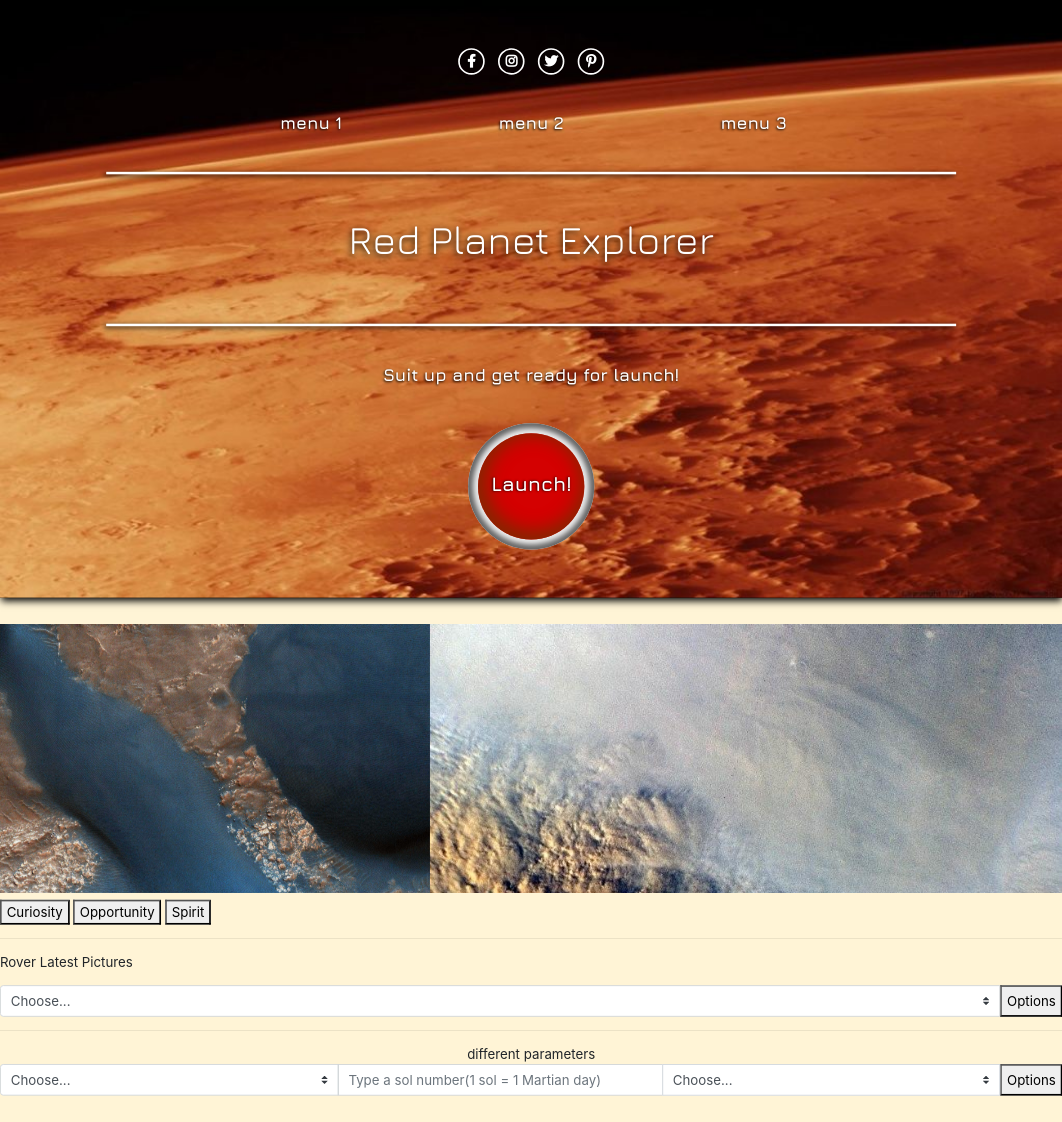
Repository: romqrq/Red-Planet-Explorer
Page: index.html
The author's editor kept a record of every edit. The page is drawn from the files as they stood at one moment, then again after the next edit.
The browser window is 1280 px wide. The pictures show the whole page, at 83% of full size.
The page's requests for data from a server got no answer. Some web fonts or font styles are not loaded; a fallback is used. Some web libraries are served in a nearby version.

Above is the page before.

### index.html
<!DOCTYPE html>
<html lang="en">

<head>
    <meta charset="UTF-8">
    <meta name="viewport" content="width=device-width, initial-scale=1.0">
    <meta http-equiv="X-UA-Compatible" content="ie=edge">
    <title>Red Weather</title>
    <link rel="stylesheet" href="https://cdnjs.cloudflare.com/ajax/libs/font-awesome/5.10.2/css/all.min.css" type="text/css" />
    <link rel="stylesheet" href="https://stackpath.bootstrapcdn.com/bootstrap/4.3.1/css/bootstrap.min.css" crossorigin="anonymous">
    <link rel="stylesheet" href="https://cdnjs.cloudflare.com/ajax/libs/hover.css/2.3.1/css/hover-min.css" type="text/css" />
    <link rel="stylesheet" href="assets/css/style.css" type="text/css" />


    <script src="https://code.jquery.com/jquery-3.4.1.js" crossorigin="anonymous"></script>
    <script type="text/javascript" src="assets/js/jquery.js"></script>
    <script type="text/javascript" src="assets/js/main.js"></script>
    <!--<script type="text/javascript" src="assets/js/main2.js"></script>-->
    <!--<script type="text/javascript" src="assets/js/main3.js"></script>-->

</head>

<body onload=writeWeatherToDocument()>
    <header>
        <div class="container-fluid main-screen-container">
            <!--<img class="header-bg" src="assets/images/mars-athmosphere.jpg"></img>-->
            <div class="row social-row">
                <div class="col-12 social-col">
                    <i class="fab fa-facebook-f round-border text-shadow"></i>
                    <i class="fab fa-instagram round-border"></i>
                    <i class="fab fa-twitter round-border"></i>
                    <i class="fab fa-pinterest-p round-border"></i>
                </div>
            </div>
            <div class="row" role="navigation">
                <a class="col-4 text-right main-text-light text-shadow" href="#">menu 1</a>
                <a class="col-4 text-center main-text-light text-shadow" href="#">menu 2</a>
                <a class="col-4 text-left main-text-light text-shadow" href="#">menu 3</a>
            </div>
            <hr class="hr-divider">
            <div class="row">
                <div class="col-12 text-center">
                    <p class="main-title title-shadow">Red Planet Explorer</p>
                </div>
            </div>
            <hr class="hr-divider">
            <div class="row">
                <div class="col-12">
                    <p class="main-text-light text-center text-shadow">Suit up and get ready for launch!</p>
                </div>
            </div>
            <div class="launch-button-div">
                <div class="launch-button-border">
                    <button class="btn launch-button text-shadow" id="launch-button">Launch!</button>
                </div>
            </div>
        </div>
    </header>
    <section>
        <div class="container-fluid weather-container">
            <div id="weatherCarousel" class="carousel slide" data-ride="carousel">
                <div class="carousel-inner">
                    <div class="carousel-item carousel-img active">
                        <img src="assets/images/carousel/curiosity_sunset.jpg" class="d-block w-100" alt="...">
                    </div>
                    <div class="carousel-item carousel-img active">
                        <img src="assets/images/carousel/dune_field.jpg" class="d-block w-100" alt="...">
                    </div>
                    <div class="carousel-item carousel-img active">
                        <img src="assets/images/carousel/sand_storm.jpg" class="d-block w-100" alt="...">
                    </div>
                    <div class="carousel-item active">
                        <img src="assets/images/carousel/dunes.jpg" class="d-block carousel-img" alt="...">
                    </div>
                </div>
            </div>
            <div id="dataWeather"></div>
        </div>

    </section>
    <p>Rovers Manifest</p>
    <button onclick="writeManifestToDocument('curiosity')">Curiosity</button>
    <button onclick="writeManifestToDocument('opportunity')">Opportunity</button>
    <button onclick="writeManifestToDocument('spirit')">Spirit</button>
    <div id="dataManifest"></div>
    <hr>
    <p>Rover Latest Pictures</p>
    <div class="input-group mb-3">
        <select class="custom-select" id="inputLatestRoverPhoto">
            <option selected>Choose...</option>
            <option value="curiosity">Curiosity</option>
            <option value="spirit">Spirit</option>
            <option value="opportunity">Opportunity</option>
        </select>
        <button onclick="writeLatestToDocument()">Options</button>
    </div>
    <hr>
    <div class=text-center>different parameters</div>
    <div class="input-group mb-3">
        <div class="input-group mb-3">
            <select class="custom-select" id="inputRoverName">
            <option selected>Choose...</option>
            <option value="curiosity">Curiosity</option>
            <option value="spirit">Spirit</option>
            <option value="opportunity">Opportunity</option>
        </select>
            <input type="text" class="form-control" id="solTextInput" placeholder="Type a sol number(1 sol = 1 Martian day)">
            <!--    <select class="custom-select" id="inputSolNumber">-->
            <!--  <option selected>Choose...</option>-->
            <!--  <option value="500">500</option>-->
            <!--  <option value="1000">1000</option>-->
            <!--  <option value="1500">1500</option>-->
            <!--</select>-->
            <select class="custom-select" id="inputCamName">
          <option selected>Choose...</option>
          <option value="fhaz">FHAZ</option>
          <option value="rhaz">RHAZ</option>
          <option value="mast">Mast</option>
        </select>
            <button onclick="writeParamsToDocument()">Options</button>
        </div>


        <div id="data"></div>
        <div id="data2"></div>
        <footer>

        </footer>
        <script src="https://code.jquery.com/jquery-3.3.1.slim.min.js" integrity="sha384-q8i/X+965DzO0rT7abK41JStQIAqVgRVzpbzo5smXKp4YfRvH+8abtTE1Pi6jizo" crossorigin="anonymous"></script>
        <script src="https://cdnjs.cloudflare.com/ajax/libs/popper.js/1.14.7/umd/popper.min.js" integrity="sha384-UO2eT0CpHqdSJQ6hJty5KVphtPhzWj9WO1clHTMGa3JDZwrnQq4sF86dIHNDz0W1" crossorigin="anonymous"></script>
        <script src="https://stackpath.bootstrapcdn.com/bootstrap/4.3.1/js/bootstrap.min.js" integrity="sha384-JjSmVgyd0p3pXB1rRibZUAYoIIy6OrQ6VrjIEaFf/nJGzIxFDsf4x0xIM+B07jRM" crossorigin="anonymous"></script>

</body>

</html>

### assets/css/style.css
/*General*/

@import url('https://fonts.googleapis.com/css?family=Revalia|Roboto:400,500|Jura:300,400,500,700&display=swap');


body {
    background-color: #ffd86845;
}

a {
    text-decoration: none;
    color: inherit;

}

/* Header */

.title-shadow {
    text-shadow: -1px 3px 8px #000000;
}

.text-shadow {
    text-shadow: -1px 1px 3px #000000;
}

.no-side-padding {
    padding-left: 0;
    padding-right: 0;
}

.main-screen-container {
    height: 100vh;
    max-width: 100vw;
    padding: 1rem;
    background-image: url("../images/mars-athmosphere.jpg");
    background-position: center;
    background-repeat: no-repeat;
    background-size: cover;
    background-color: black;
    display: flex;
    flex-direction: column;
    justify-content: space-evenly;
    box-shadow: 1px 4px 9px 0px black;
}

.social-row {
    padding: 1rem;
}

.social-col {
    flex-direction: row;
    display: flex;
    justify-content: center;
}

.round-border {
    border-radius: 50%;
    height: 2rem;
    border: 2px solid white;
    width: 2rem;
    justify-content: center;
    display: flex;
    line-height: 1.8rem;
    color: white;
    margin: 0 0.5rem;
    font-weight: 900;
}

.main-text-light {
    color: white;
    font-family: "Jura", "Revalia";
    font-weight: 600;
    font-size: 1.3rem;
}

.main-title {
    font-family: "Revalia", "Jura";
    font-size: 3rem;
    color: white;
    padding: 0 0 0.5rem;
}

.hr-divider {
    border-top: 3px solid rgb(255, 255, 255);
    width: 80vw;
    box-shadow: -2px 2px 6px 0px black;
}

.launch-button-div {
    margin-bottom: 1rem;
}

.launch-button-border {
    height: 9.5rem;
    width: 9.5rem;
    background-color: #eaeaea;
    padding: 0.75rem;
    border-radius: 50%;
    box-shadow: inset 0px 0px 6px 6px #676767;
    margin: auto;
}

.launch-button {
    background-color: #d40101;
    color: white;
    border: 0px solid white;
    font-size: 1.5rem;
    font-family: "Jura", "Revalia";
    font-weight: 700;
    /*text-shadow: 0px 0px 5px #ffffffcf;*/
    padding: 0.5rem 1rem 1rem;
    height: 8rem;
    width: 8rem;
    border-radius: 50%;
    box-shadow: inset 3px -4px 20px 7px #842600;
}

.launch-button-animation {
    animation-name: launchButtonAnimation;
    animation-duration: 2s;
    animation-delay: .3s;
    animation-timing-function: linear;
    animation-iteration-count: infinite;
    animation-direction: alternate;
}

.shake-animation {
    animation-name: shake;
    animation-duration: 2s;
    animation-delay: .3s;
    animation-timing-function: linear;
    animation-direction: alternate;
}

.btn.launch-button:hover {
    color: white;
}

.btn.launch-button:focus {
    box-shadow: inset 0 0 3px 1px black;
}

.pressed-button {
    background-color: #d40101!important;
    box-shadow: inset 3px -4px 20px 7px #842600!important;
}


/* Weather */

.weather-container {
    padding: 2rem 0;
    height: 45vh;
    max-width: 100vw;
}


.carousel-img {
    height: 45vh;
}






/* Launch button bg change */

@keyframes launchButtonAnimation {
    from {
        background-color: #bf0000;
    }
    to {
        background-color: #fa1800;
    }
}

@keyframes shake {
    0% {
        transform: translate(1px, 1px) rotate(0deg);
    }

    5% {
        transform: translate(-1px, -2px) rotate(-0.1deg);
    }

    10% {
        transform: translate(-3px, 0px) rotate(0.1deg);
    }

    15% {
        transform: translate(3px, 2px) rotate(0deg);
    }

    20% {
        transform: translate(1px, -1px) rotate(0.1deg);
    }

    25% {
        transform: translate(-1px, 2px) rotate(-0.1deg);
    }

    30% {
        transform: translate(-3px, 1px) rotate(0deg);
    }

    35% {
        transform: translate(3px, 1px) rotate(-0.1deg);
    }

    40% {
        transform: translate(-1px, -1px) rotate(0.1deg);
    }

    45% {
        transform: translate(1px, 2px) rotate(0deg);
    }

    50% {
        transform: translate(1px, -2px) rotate(-0.1deg);
    }

    55% {
        transform: translate(1px, 1px) rotate(0deg);
    }

    60% {
        transform: translate(-1px, -2px) rotate(-0.1deg);
    }

    65% {
        transform: translate(-3px, 0px) rotate(0.1deg);
    }

    70% {
        transform: translate(3px, 2px) rotate(0deg);
    }

    75% {
        transform: translate(1px, -1px) rotate(0.1deg);
    }

    80% {
        transform: translate(-1px, 2px) rotate(-0.1deg);
    }

    85% {
        transform: translate(-3px, 1px) rotate(0deg);
    }

    90% {
        transform: translate(3px, 1px) rotate(-0.1deg);
    }

    95% {
        transform: translate(-1px, -1px) rotate(0.1deg);
    }

    100% {
        transform: translate(1px, 2px) rotate(0deg);
    }
}

### assets/js/jquery.js
$(document).ready(function() {
    $("#launch-button").click(function() {
        $("header").addClass("shake-animation");
        $("#launch-button").removeClass("launch-button-animation");
        setTimeout(scrolldown, 2000);
    });

    function scrolldown() {
        var elTarget = document.getElementById("weather-carousel");
        elTarget.scrollIntoView();
    }
});

### assets/js/main.js
var roverName = "curiosity";
// var solNumber = ""; //"&sol=1000";
// var camName = "&camera=FHAZ";
// var pageNumber = ""; //"&page=1"
// var earthDate = "earth_date=2015-6-3"


//WORKS xhr.open("GET", "https://api.nasa.gov/insight_weather/?api_key=unJZiQapXhyZamSl37P8FEh7Zlssi7xmaIF4l95b&feedtype=json&ver=1.0");
//WORKS xhr.open("GET", "https://api.nasa.gov/mars-photos/api/v1/rovers/curiosity/latest_photos?api_key=unJZiQapXhyZamSl37P8FEh7Zlssi7xmaIF4l95b&feedtype=json&ver=1.0");
//WORKS xhr.open("GET", "https://api.nasa.gov/mars-photos/api/v1/manifests/curiosity?api_key=unJZiQapXhyZamSl37P8FEh7Zlssi7xmaIF4l95b&feedtype=json&ver=1.0");



var roverName = ""; //"curiosity";
var solNumber = ""; //"&sol=1000";
var camName = ""; //"&camera=FHAZ";
var pageNumber = ""; //"&page=1"
var earthDate = ""; //"earth_date=2015-6-3"

function getWeatherData(cbweather) {

    var xhr = new XMLHttpRequest();

    xhr.onreadystatechange = function() {
        if (this.readyState == 4 && this.status == 200) {
            cbweather(JSON.parse(this.responseText));
        }
    };
    xhr.open("GET", "https://mars.nasa.gov/rss/api/?feed=weather&category=insight&feedtype=json&ver=1.0");
    xhr.send();
}

function writeWeatherToDocument() {
    var el = document.getElementById("dataWeather");
    el.innerHTML = "";

    getWeatherData(function(data) {
        var JSO = data;
        //data/validity_checks/
        var vc = data.validity_checks;
        //setting last sol number
        var sol = vc.sols_checked[vc.sols_checked.length - 1];
        //setting SECOND LAST sol number
        var SLsol = vc.sols_checked[vc.sols_checked.length - 2];
        //data/validity_checks/"last sun number"/AT/valid:"true or false"
        var vcsATvalid = vc[sol].AT.valid;
        //data/validity_checks/"SECOND LAST sun number"/AT/valid:"true or false"
        var vcSLsATvalid = vc[SLsol].AT.valid;

        //stting up data for display
        if (vcsATvalid) {
            var DLVS = JSO[sol];
            var AT = JSO[sol].AT;
            var PRE = JSO[sol].PRE;
            var HWS = JSO[sol].HWS;
            var WD = JSO[sol].WD.most_common.compass_point
        }
        else if (vcSLsATvalid) {
            var DLVS = JSO[SLsol];
            var AT = JSO[SLsol].AT;
            var PRE = JSO[SLsol].PRE;
            var HWS = JSO[SLsol].HWS;
            var WD = JSO[SLsol].WD.most_common.compass_point;
        }

        el.innerHTML += `
        <div class="weather-data-display">
            <div class="row AT-data">
                <div class="col-6 weather-label">
                    <p>Temperature (ºC):</p>
                </div>
                <div class="col-2 weather-main-number>
                    <p>Avg: ${Math.round(AT.av)}</p>
                </div>
                <div class="col-4 weather-secondary-numbers>
                    <div class ="weather-sn-1">
                        <p>Max: ${Math.round(AT.mx)}</p>
                    </div>
                    <div class ="weather-sn-2">
                        <p>Min: ${Math.round(AT.mn)}</p>
                    </div>
                </div>
            </div>
            <div class="row PRE-data">
                <div class="col-6 weather-label">
                    <p>ATM Pressure (Pa):</p>
                </div>
                <div class="col-2 weather-main-number>
                    <p>Avg:${Math.round(PRE.av)}</p>
                </div>
                <div class="col-4 weather-secondary-numbers>
                    <div class ="weather-sn-1">
                        <p>Max: ${Math.round(PRE.mx)}</p>
                    </div>
                    <div class ="weather-sn-2">
                        <p>Min: ${Math.round(PRE.mn)}</p>
                    </div>
                </div>
            </div>
            <div class="row HWS-data">
                <div class="col-6 weather-label">
                    <p>Wind (ºm/s):</p>
                </div>
                <div class="col-2 weather-main-number>
                    <p>Avg: ${Math.round(HWS.av)}</p>
                </div>
                <div class="col-2 weather-secondary-numbers>
                    <div class ="weather-sn-1">
                        <p>${Math.round(HWS.mn)}</p>
                    </div>
                    <div class ="weather-sn-2">
                        <p>${Math.round(HWS.mx)}</p>
                    </div>
                </div>
                <div class="col-2 weather-main-number>
                    <p>${WD}</p>
                </div>
            </div>
        </div>`;
    });
}


function getManifest(roverNameManifest, cbManifest) {
    console.log(roverNameManifest);

    var xhr = new XMLHttpRequest();

    xhr.onreadystatechange = function() {
        if (this.readyState == 4 && this.status == 200) {
            // document.getElementById("data").innerHTML = JSON.parse(this.responseText);
            console.log(JSON.parse(this.responseText));
            cbManifest(JSON.parse(this.responseText));
        }
    };
    xhr.open("GET", "https://api.nasa.gov/mars-photos/api/v1/manifests/" + roverNameManifest + "?api_key=unJZiQapXhyZamSl37P8FEh7Zlssi7xmaIF4l95b&feedtype=json&ver=1.0");
    xhr.send();
}

function writeManifestToDocument(roverNameManifest) {
    var el = document.getElementById("dataManifest");
    el.innerHTML = "";

    getManifest(roverNameManifest, function(data) {
        data = data.photo_manifest;

        let item;
        for (item in data) {
            if (item != "photos") {
                let itemString = item.replace(/_/g, " ");
                let itemStringCapitalized = itemString.charAt(0).toUpperCase() + itemString.slice(1);
                console.log(itemStringCapitalized);
                el.innerHTML += `<p>${itemStringCapitalized}: ${data[item]}</p>`;
            }
        }
    });
}

function getParamsData(cb) {
    var rvn = document.getElementById("inputRoverName");
    var roverName = rvn.options[rvn.selectedIndex].value;

    var snb = document.getElementById("solTextInput");
    var solNumber = `&sol=${snb.value}`;
    // var snb = document.getElementById("inputSolNumber");
    // var solNumber = `&sol=${snb.options[snb.selectedIndex].value}`;

    var cmn = document.getElementById("inputCamName");
    var camName = `&camera=${cmn.options[cmn.selectedIndex].value}`;

    // var pgn = document.getElementById("inputPageNumber");
    // var pageNumber = `&page=${pgn.options[pgn.selectedIndex].value}`;

    // var ead = document.getElementById("inputEarthDate");
    // var earthDate = `earth_date=${ead.options[ead.selectedIndex].value}`;

    var xhr = new XMLHttpRequest();
    xhr.onreadystatechange = function() {
        if (this.readyState == 4 && this.status == 200) {
            // document.getElementById("data").innerHTML = JSON.parse(this.responseText);
            console.log(JSON.parse(this.responseText));
            cb(JSON.parse(this.responseText));
        }
    };
    xhr.open("GET", `https://api.nasa.gov/mars-photos/api/v1/rovers/${roverName}/photos?${earthDate}${solNumber}${camName}${pageNumber}&api_key=unJZiQapXhyZamSl37P8FEh7Zlssi7xmaIF4l95b`);
    xhr.send();

}

function writeParamsToDocument() {
    var el = document.getElementById("data2");
    el.innerHTML = "";

    getParamsData(function(data) {
        data = data.photos;

        data.forEach(function(item) {
            // for (item in data) {
            el.innerHTML += `<img src=${item.img_src} height=150 width=150>`;
        });
    });
}


function getLatest(cbLatest) {
    var roverLatest = document.getElementById("inputLatestRoverPhoto");
    var roverNameLatest = `${roverLatest.options[roverLatest.selectedIndex].value}`;
    // var rvrnm = document.getElementsByclass("nameRoverButton").id;
    // console.log(rvrnm);
    // var roverNameLatest = rvrnm.value;
    var xhr = new XMLHttpRequest();

    xhr.onreadystatechange = function() {
        if (this.readyState == 4 && this.status == 200) {
            // document.getElementById("data").innerHTML = JSON.parse(this.responseText);
            console.log(JSON.parse(this.responseText));
            cbLatest(JSON.parse(this.responseText));
        }
    };
    xhr.open("GET", `https://api.nasa.gov/mars-photos/api/v1/rovers/${roverNameLatest}/latest_photos?api_key=unJZiQapXhyZamSl37P8FEh7Zlssi7xmaIF4l95b&feedtype=json&ver=1.0`);
    xhr.send();
}

function writeLatestToDocument() {
    var el = document.getElementById("data");
    el.innerHTML = "";

    getLatest(function(data) {
        data = data.latest_photos;

        data.forEach(function(item) {
            el.innerHTML += `<img src=${item.img_src} height=150 width=150>`;
        });
    });
}

After the next edit:
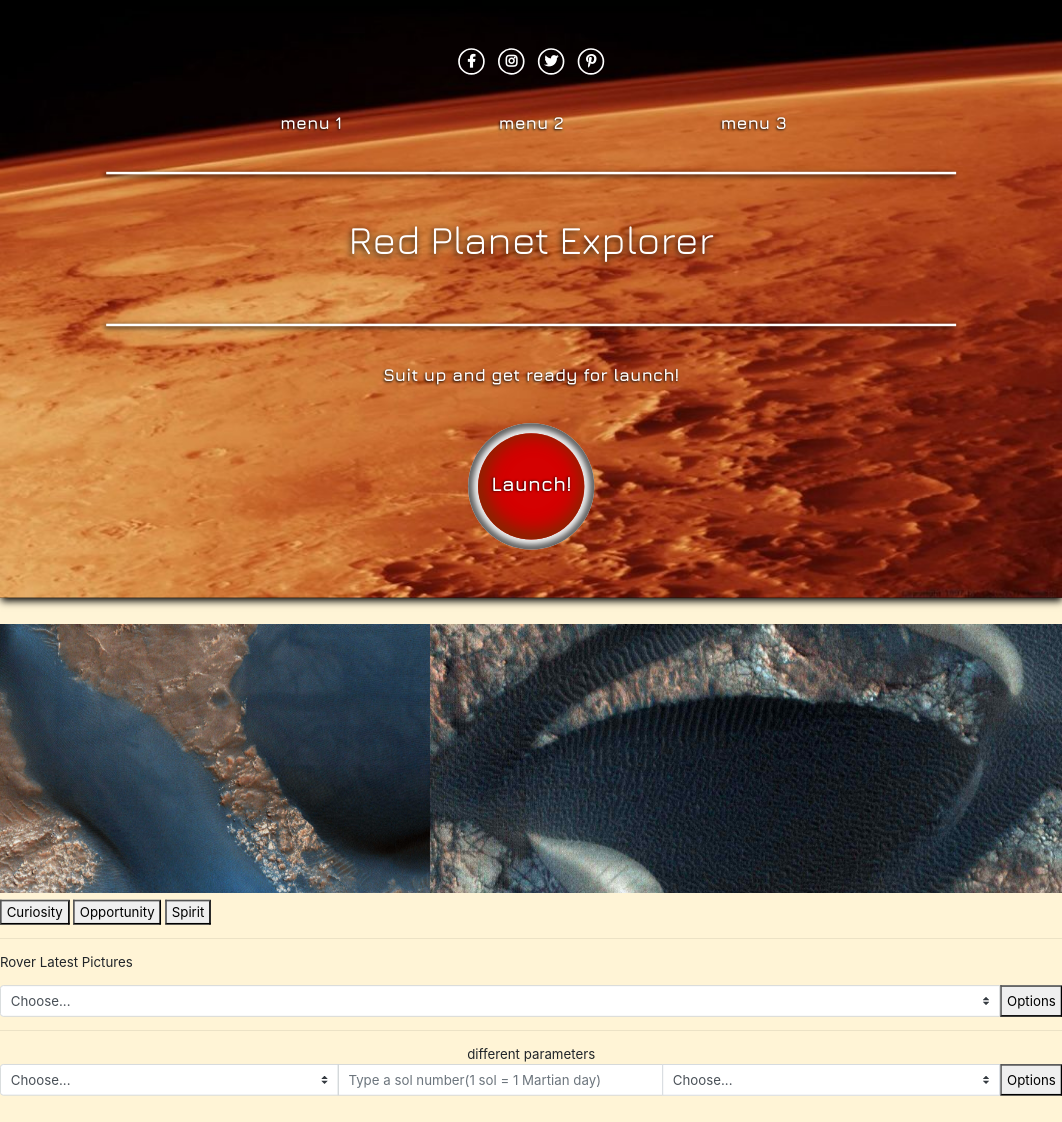
The edit:
--- a/index.html
+++ b/index.html
@@ -66,8 +66,8 @@
                     <div class="carousel-item carousel-img active">
                         <img src="assets/images/carousel/dune_field.jpg" class="d-block w-100" alt="...">
                     </div>
-                    <div class="carousel-item carousel-img active">
-                        <img src="assets/images/carousel/sand_storm.jpg" class="d-block w-100" alt="...">
+                    <div class="carousel-item active">
+                        <img src="assets/images/carousel/sand_storm.jpg" class="d-block carousel-img" alt="...">
                     </div>
                     <div class="carousel-item active">
                         <img src="assets/images/carousel/dunes.jpg" class="d-block carousel-img" alt="...">
